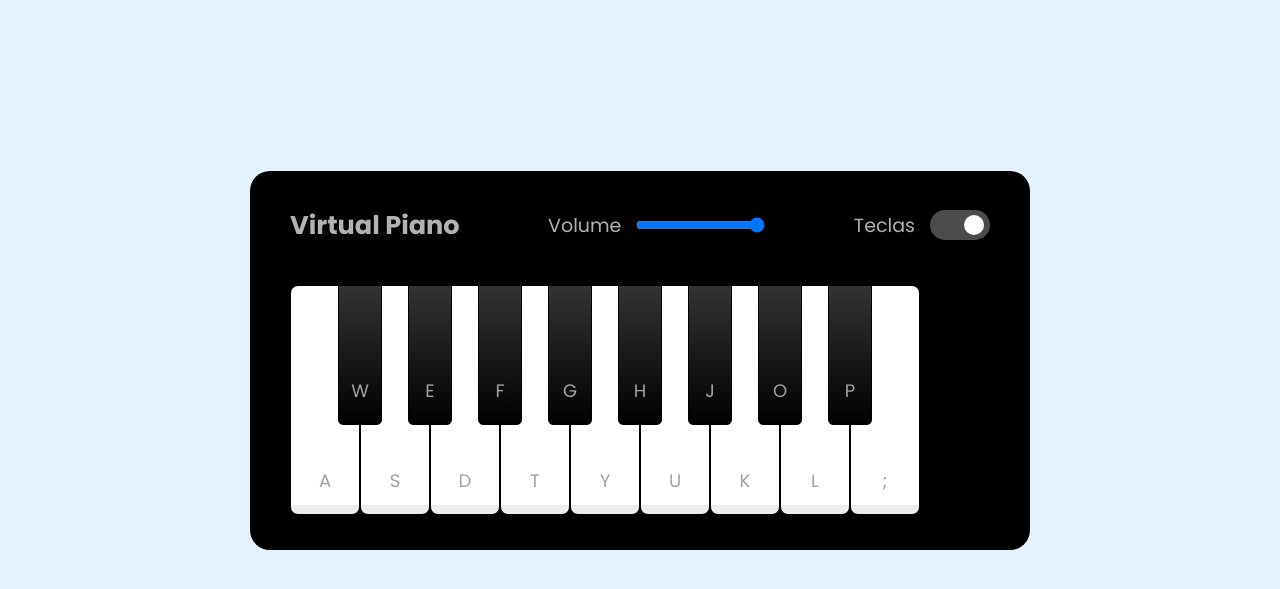
Repository: gustavotwist/simulador-piano
Page: index.html
An editor plug-in stored every save of this project. The page is shown before and after a run of saves, followed by the edit.
The browser window is 1280 px wide. The pictures show the whole page.

Above is the page before, as saved 2025-01-02 19:23:01.

### index.html
<!DOCTYPE html>
<html lang="pt-br">
<head>
    <meta charset="UTF-8">
    <meta name="viewport" content="width=device-width, initial-scale=1.0">
    <title>Piano Simulator</title>

    <!-- styles -->
    <link rel="stylesheet" href="./src/styles/reset.css">
    <link rel="stylesheet" href="./src/styles/main.css">

    <!-- fonts -->
    <link rel="preconnect" href="https://fonts.googleapis.com">
    <link rel="preconnect" href="https://fonts.gstatic.com" crossorigin>
    <link href="https://fonts.googleapis.com/css2?family=Poppins:ital,wght@0,100;0,200;0,400;0,700;1,100;1,200;1,300;1,400&display=swap" rel="stylesheet">
</head>

<body>
    <div class="container">
        <header>
            <h2>Virtual Piano</h2>
            <div class="column volume-slider">
                <span>Volume</span> <input type="range" min="0" max="1" value="0.5">
            </div>
            <div class="column keys-check">
                <span>Teclas</span> <input type="checkbox" checked>
            </div>
        </header>
        <ul class="piano-keys">
            <li class="key white" data-key="a"><span>a</span></li>
            <li class="key black" data-key="w"><span>w</span></li>
            <li class="key white" data-key="s"><span>s</span></li>
            <li class="key black" data-key="e"><span>e</span></li>
            <li class="key white" data-key="d"><span>d</span></li>
            <li class="key black" data-key="f"><span>f</span></li>
            <li class="key white" data-key="t"><span>t</span></li>
            <li class="key black" data-key="g"><span>g</span></li>
            <li class="key white" data-key="y"><span>y</span></li>
            <li class="key black" data-key="h"><span>h</span></li>
            <li class="key white" data-key="u"><span>u</span></li>
            <li class="key black" data-key="j"><span>j</span></li>
            <li class="key white" data-key="k"><span>k</span></li>
            <li class="key black" data-key="o"><span>o</span></li>
            <li class="key white" data-key="l"><span>l</span></li>
            <li class="key black" data-key="p"><span>p</span></li>
            <li class="key white" data-key=";"><span>;</span></li>
        </ul>

    </div>

    <script src="./src/scripts/engine.js" defer></script>
</body>
</html>

### src/styles/reset.css
* {
    margin: 0;
    padding: 0;
    box-sizing: border-box;
    outline: none;
    font-family: "Poppins", sans-serif;
}

### src/styles/main.css
body {
    display: flex;
    align-items: center;
    justify-content: center;
    min-height: 100vh;
    background-color: #e3f2fd;
    color: #fff;
}

.container {
    width: 780px;
    border-radius: 20px;
    padding: 35px 40px;
    background-color: black;
}

.container header {
    color: #b2b2b2;
    display: flex;
    align-items: center;
    justify-content: space-between;
}

header h2 {
    font-size: 1.6rem;
}

header .column {
    display: flex;
    align-items: center;
}

header .column span {
    font-weight: 500;
    margin-right: 15px;
    font-size: 1.19rem;
}

.Volume-slider input {
    accent-color: #fff;
}

.keys-check input {
    width: 60px;
    height: 30px;
    appearance: none;
    border-radius: 30px;
    background-color: #4b4b4b;
    cursor: pointer;
    position: relative;
}

.keys-check input::before {
    content: "";
    height: 20px;
    width: 20px;
    background-color: #8c8c8c;
    top: 50%;
    left: 0.3rem;
    border-radius: inherit;
    position: absolute;
    transform: translateY(-50%);
    transition: all 0.3s ease;
}

.keys-check input:checked::before {
    left: 2.1rem;
    background-color:#fff;
}

.piano-keys {
    display: flex;
    margin-top: 40px;
}

.piano-keys .key {
    cursor: pointer;
    user-select: none;
    list-style: none;
    color: #a2a2a2;
    position: relative;
    text-transform: uppercase;
}

.piano-keys .white {
    width: 70px;
    height: 230px;
    border: 1px solid black;
    border-radius: 8px;
    background: linear-gradient(#fff 96%, #eee 4%);
}

.piano-keys .black {
    width: 44px;
    height: 140px;
    z-index: 2;
    margin: 0 -22px 0 -22px;
    border: 1px solid black;
    border-radius: 0 0 5px 5px;
    background: linear-gradient(#333, #000);
}

.piano-keys span {
    position: absolute;
    bottom: 20px;
    width: 100%;
    text-align: center;
    font-size: 1.13rem;
}

.piano-keys .white.active {
    box-shadow: inset -5px 5px 20px rgba(0, 0, 0, 0.2);
    background: linear-gradient(to bottom #fff 0%, #eee 100%);
}

.piano-keys .black.active {
    box-shadow: inset -5px 5px 10px rgba(255, 255, 255, 0.1);
    background: linear-gradient(to bottom #000, #434343);
}

### src/scripts/engine.js
const pianoKeys = document.querySelectorAll(".piano-keys .key");

let mapedKeys = [];

let audio = new Audio("src/tunes/a.wav");

const playTune = (key) => {
    audio.src = `src/tunes/${key}.wav`;
    audio.play();

    const clickedKey = document.querySelector(`[data-key="${key}"]`);
    clickedKey.classList.add("active");
    setTimeout(() => {
        clickedKey.classList.remove("active");
    }, 150);
};


pianoKeys.forEach((key) => {
    key.addEventListener("click", () => playTune(key.dataset.key));
    mapedKeys.push(key.dataset.key);
});

document.addEventListener("keydown", (e) => {

    if(mapedKeys.includes(e.key)) {
        playTune(e.key)
    }

});

After the next 4 saves:
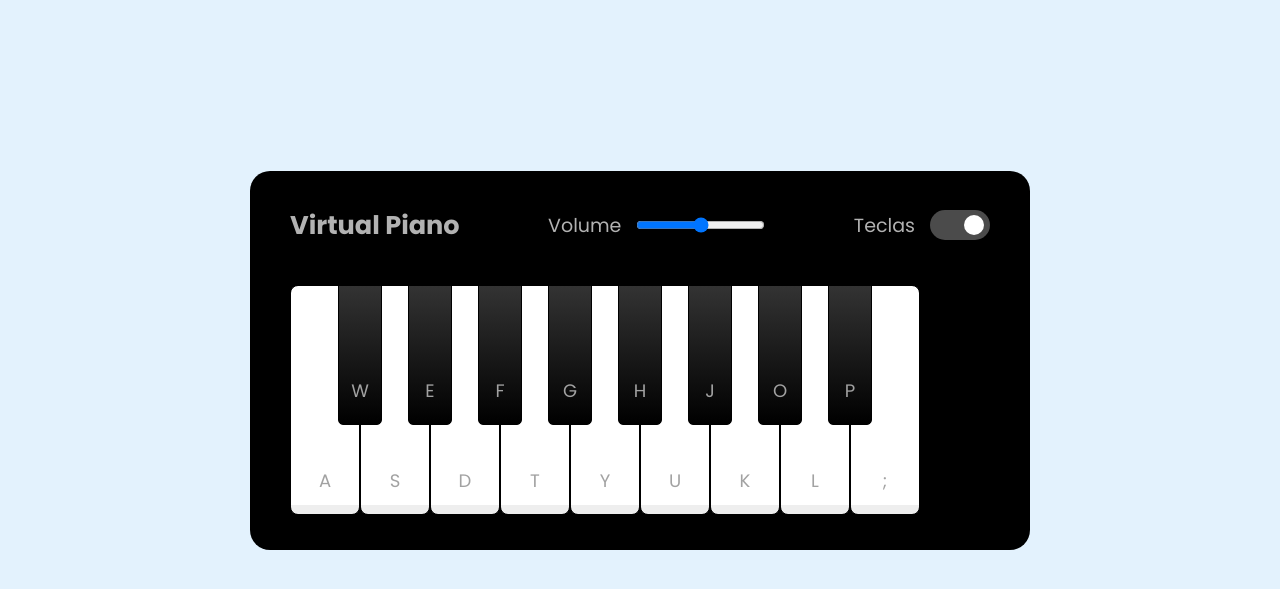
The 4 saves are shown as one change because they came seconds apart.
The last was saved 31 s later.
--- a/index.html
+++ b/index.html
@@ -20,7 +20,7 @@
         <header>
             <h2>Virtual Piano</h2>
             <div class="column volume-slider">
-                <span>Volume</span> <input type="range" min="0" max="1" value="0.5">
+                <span>Volume</span> <input type="range" min="0" max="1" value="0.5" step="any">
             </div>
             <div class="column keys-check">
                 <span>Teclas</span> <input type="checkbox" checked>
